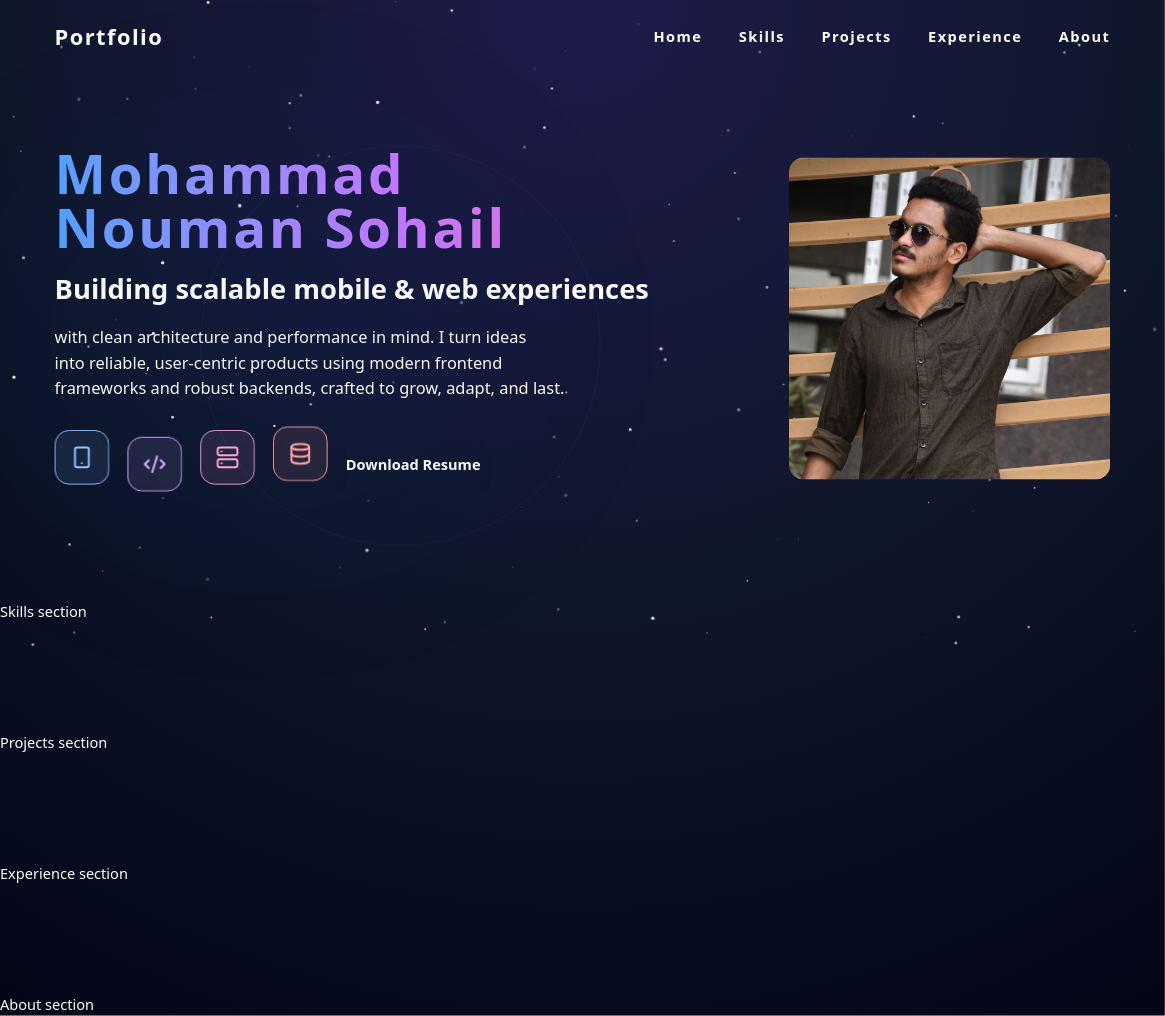
Repository: NoumanSohail/Nouman-Sohail-Portfolio
Page: /
An editor plug-in stored every save of this project. The page is shown before and after the next save, followed by the edit.
The browser window is 1280 px wide. The pictures show the whole page, at 91% of full size.
The project was rebuilt for these pictures with package versions that can differ from the ones it lists, and the page was loaded fresh each time. The framework's server and built-in components were replaced by stand-ins that run in the browser. Also part of the build but not shown: next.config.ts.

Above is the page before, as saved 2026-01-24 21:19:52.

### app/layout.tsx
import type { Metadata } from "next";
import { Geist, Geist_Mono } from "next/font/google";
import "./globals.css";
import Navbar from "./components/header/Navbar";
import StarBackground from "./components/ui/StarBackground";

const geistSans = Geist({
  variable: "--font-geist-sans",
  subsets: ["latin"],
});

const geistMono = Geist_Mono({
  variable: "--font-geist-mono",
  subsets: ["latin"],
});

export const metadata: Metadata = {
  title: "Create Next App",
  description: "Generated by create next app",
};

export default function RootLayout({
  children,
}: Readonly<{
  children: React.ReactNode;
}>) {
  return (
    <html lang="en">
      <body
        className={`${geistSans.variable} ${geistMono.variable} antialiased`}
      >
        <StarBackground />
        <Navbar />
        {children}
      </body>
    </html>
  );
}

### app/page.tsx
import React from 'react'
import Hero from './components/sections/Hero'
import Skills from './components/sections/Skills'
import Projects from './components/sections/Projects'
import Experience from './components/sections/Experience'
import About from './components/sections/About'

const page = () => {
  return (
    <div>
      <Hero />
      <Skills />
      <Projects />
      <Experience />
      <About />
    </div>
  )
}

export default page

### app/globals.css
@import "tailwindcss";

html {
  scroll-behavior: smooth;
}

body {
  overflow-x: hidden;
  position: relative;
  background: radial-gradient(circle at 50% 0%, #1e1b4b, #0f172a, #020617);
  min-height: 100vh;
}

### app/components/header/Navbar.tsx
"use client";

import { useEffect, useState } from "react";
import { navLinks } from "@/app/data";
import Link from "next/link";
import { Menu, X } from "lucide-react";

const Navbar = () => {
  const [isScrolled, setIsScrolled] = useState(false);
  const [menuOpen, setMenuOpen] = useState(false);

  useEffect(() => {
    const handleScroll = () => setIsScrolled(window.scrollY > 20);
    window.addEventListener("scroll", handleScroll);
    return () => window.removeEventListener("scroll", handleScroll);
  }, []);

  return (
    <header
      className={`fixed top-0 left-0 right-0 z-50 transition-all ${
        isScrolled
          ? "bg-transparent backdrop-blur-md border-b border-white/20 shadow-lg py-3"
          : "bg-transparent py-6"
      }`}
    >
      <div className="w-full mx-auto max-w-384 flex items-center justify-between px-5 md:px-10 lg:px-15 text-white tracking-widest">
        <h1 className="font-bold text-2xl">Portfolio</h1>

        {/* large displays like laptops */}
        <nav className="hidden lg:flex">
          {navLinks.map((links) => (
            <div key={links.name} className="flex ml-10 font-semibold">
              <Link href={links.id}>{links.name}</Link>
            </div>
          ))}
        </nav>

        {/* Mobile Hamburger */}
        <div className="lg:hidden flex items-center justify-center">
          <button
            onClick={() => setMenuOpen(!menuOpen)}
            className="text-zinc-400"
          >
            <Menu size={30} />
          </button>
        </div>

        {menuOpen && (
          <div className="fixed inset-0 h-screen flex justify-end bg-black/40 backdrop-blur-sm">
            <div className="relative h-full w-[60%] bg-[#0f172a] text-white flex items-center transition-transform duration-300 translate-x-0">
              <button
                onClick={() => setMenuOpen(false)}
                className={`absolute top right-5 md:right-10 text-white ${isScrolled ? "top-3" : "top-6"}`}
              >
                <X size={30} />
              </button>

              <nav className="flex flex-col p-10 gap-10 mt-20">
                {navLinks.map((links) => (
                  <Link
                    key={links.name}
                    href={links.id}
                    onClick={() => setMenuOpen(false)}
                    className="font-semibold"
                  >
                    {links.name}
                  </Link>
                ))}
              </nav>
            </div>
          </div>
        )}
      </div>
    </header>
  );
};

export default Navbar;

### app/components/ui/StarBackground.tsx
"use client";

import { useEffect, useRef } from "react";

const StarBackground = () => {
  const canvasRef = useRef<HTMLCanvasElement | null>(null);

  useEffect(() => {
    const canvas = canvasRef.current;
    if (!canvas) return;

    const ctx = canvas.getContext("2d");
    if (!ctx) return;

    let stars: any[] = [];
    const STAR_COUNT = 120;

    const resize = () => {
      canvas.width = window.innerWidth;
      canvas.height = window.innerHeight;
    };

    resize();
    window.addEventListener("resize", resize);

    // Create stars
    stars = Array.from({ length: STAR_COUNT }).map(() => ({
      x: Math.random() * canvas.width,
      y: Math.random() * canvas.height,
      radius: Math.random() * 1.5 + 0.5,
      speed: Math.random() * 0.3 + 0.1,
      opacity: Math.random(),
    }));

    const animate = () => {
      ctx.clearRect(0, 0, canvas.width, canvas.height);

      stars.forEach((star) => {
        star.y += star.speed;
        if (star.y > canvas.height) {
          star.y = 0;
          star.x = Math.random() * canvas.width;
        }

        ctx.beginPath();
        ctx.arc(star.x, star.y, star.radius, 0, Math.PI * 2);
        ctx.fillStyle = `rgba(255,255,255,${star.opacity})`;
        ctx.fill();
      });

      requestAnimationFrame(animate);
    };

    animate();

    return () => window.removeEventListener("resize", resize);
  }, []);

  return (
    <canvas
      ref={canvasRef}
      className="fixed inset-0 pointer-events-none -z-10"
    />
  );
};

export default StarBackground;

### app/components/sections/Hero.tsx
"use client";

import { personaldetails } from "@/app/data";
import Image from "next/image";
import me from "@/public/images/me.jpg";
import { Code2, Database, Server, Smartphone } from "lucide-react";
import { motion } from "framer-motion";
import Button from "../ui/Button";

const Hero = () => {
  return (
    <section
      id="home"
      className="scroll-mt-40 w-full mx-auto max-w-384 px-5 md:px-10 lg:px-15 text-white mt-30 xl:mt-40 overflow-hidden"
    >
      {/* Central Glowing Orb */}
      <div
        className="absolute hidden lg:block lg:left-55 xl:left-0 w-[45%] h-[45%] bg-blue-700/50 rounded-full
          blur-[120px] opacity-10 animate-pulse [animation-delay:2000ms] z-0
        "
      />

      {/* Orbiting Elements */}
      <div
        className="absolute hidden lg:block left-55 w-110 h-110 border border-white/5 rounded-full
          animate-spin [animation-duration:20s] z-10
        "
      />

      <div className="flex flex-col lg:flex-row items-center justify-center gap-7 lg:gap-20 text-center lg:text-start">
        <div className="flex flex-col gap-5">
          <motion.div
            initial={{ x: -100, opacity: 0 }}
            whileInView={{ x: 0, opacity: 1 }}
            viewport={{ once: false, amount: 0.3 }}
            transition={{ duration: 0.8, ease: "easeOut" }}
            className="flex flex-col gap-5"
          >
            <h1 className="font-black text-4xl lg:text-5xl xl:text-6xl tracking-wider text-balance text-transparent bg-clip-text bg-linear-to-r from-blue-400 via-purple-400 to-pink-400">
              {personaldetails.name}
            </h1>
            <h2 className="font-semibold text-2xl lg:text-3xl">
              {personaldetails.tagline}
            </h2>
            <p className="lg:text-lg lg:text-balance">
              {personaldetails.statement}
            </p>
          </motion.div>

          <motion.div
            initial={{ scale: 0.8, opacity: 0 }}
            whileInView={{ scale: 1, opacity: 1 }}
            viewport={{ once: false, amount: 0.3 }}
            transition={{
              duration: 0.5,
              ease: "easeOut",
            }}
            className="flex gap-5 mt-5 items-center justify-center lg:items-start lg:justify-start"
          >
            <div className="flex gap-5">
              <Smartphone
                size={60}
                className="p-4 border rounded-2xl backdrop-blur-xs bg-blue-300/10 hover:scale-110
                        border-blue-300  hover:border-blue-300 text-blue-300 hover:text-blue-300
                        transition-all duration-300 animate-bounce [animation-delay:0ms]"
              />
              <Code2
                size={60}
                className="p-4 border rounded-2xl backdrop-blur-xs bg-purple-300/10 hover:scale-110
                        border-purple-300 hover:border-purple-300 text-purple-300 hover:text-purple-300
                        transition-all duration-300 animate-bounce [animation-delay:100ms]"
              />
              <Server
                size={60}
                className="p-4 border rounded-2xl backdrop-blur-xs bg-pink-300/10 hover:scale-110
                        border-pink-300 hover:border-pink-300 text-pink-300 hover:text-pink-300
                        transition-all duration-300 animate-bounce [animation-delay:200ms]"
              />
              <Database
                size={60}
                className="p-4 border rounded-2xl backdrop-blur-xs bg-red-300/10 hover:scale-110
                        border-red-300 hover:border-red-300 text-red-300 hover:text-red-300
                        transition-all duration-300 animate-bounce [animation-delay:300ms]"
              />
              <Button title="Download Resume" onClick={()=>{}}/>
            </div>
          </motion.div>
        </div>

        <motion.div
          initial={{ x: 100, opacity: 0 }}
          whileInView={{ x: 0, opacity: 1 }}
          viewport={{ once: false, amount: 0.3 }}
          transition={{ duration: 0.8, ease: "easeOut" }}
        >
          <Image
            src={me}
            alt={personaldetails.name}
            height={350}
            width={350}
            className="rounded-2xl lg:h-3xl lg:w-3xl"
          />
        </motion.div>
      </div>
    </section>
  );
};

export default Hero;

### app/components/sections/Skills.tsx

const Skills = () => {
  return (
    <section id="skills" className="h-fit">
      <div className="text-white pt-30">Skills section</div>
    </section>
  );
};

export default Skills;

### app/components/sections/Projects.tsx

const Projects = () => {
  return (
    <section id="projects" className="h-fit">
      <div className="text-white pt-30">Projects section</div>
    </section>
  )
}

export default Projects

### app/components/sections/Experience.tsx

const Experience = () => {
  return (
    <section id="experience" className="h-fit">
      <div className="text-white pt-30">Experience section</div>
    </section>
  );
};

export default Experience;

### app/components/sections/About.tsx

const About = () => {
  return (
    <section id="about" className="h-fit">
      <div className="text-white pt-30">About section</div>
    </section>
  )
}

export default About

### app/data.tsx
export const navLinks = [
  { name: "Home", id: "/#home" },
  { name: "Skills", id: "/#skills" },
  { name: "Projects", id: "/#projects" },
  { name: "Experience", id: "/#experience" },
  { name: "About", id: "/#about" },
];

export const personaldetails = {
  name: "Mohammad Nouman Sohail",
  role: "Full Stack Mobile & Web Developer",
  tagline: "Building scalable mobile & web experiences",
  statement:
    "with clean architecture and performance in mind. I turn ideas into reliable, user-centric products using modern frontend frameworks and robust backends, crafted to grow, adapt, and last.",
};

### app/components/ui/Button.tsx
import { ReactNode } from "react";

interface ButtonProps {
  title: string;
  onClick: () => void;
  type?: "button" | "submit";
  disabled?: boolean;

  /* 🔹 Optional Icon */
  icon?: ReactNode;
  iconPosition?: "left" | "right";

  /* 🔹 External Styles */
  className?: string;
}

const Button = ({
  title,
  onClick,
  type = "button",
  disabled = false,
  icon,
  iconPosition = "left",
  className = "",
}: ButtonProps) => {
  return (
    <button
      type={type}
      onClick={!disabled ? onClick : undefined}
      disabled={disabled}
      className={`
        group
        font-bold shadow-lg
        transition-all transform
        flex items-center justify-center gap-2
        duration-300
        ${
          disabled
            ? "bg-(--color-gray) text-white cursor-not-allowed opacity-70 transition-all duration-300"
            : "bg-(--color-primary) text-white hover:bg-gray-300 hover:scale-105 cursor-pointer transition-all duration-300"
        }

        ${className}
      `}
    >
      {/* ICON LEFT */}
      {icon && iconPosition === "left" && (
        <span className="button-icon flex items-center">{icon}</span>
      )}

      <span>{title}</span>

      {/* ICON RIGHT */}
      {icon && iconPosition === "right" && (
        <span className="button-icon flex items-center">{icon}</span>
      )}
    </button>
  );
};

export default Button;

After the next save:
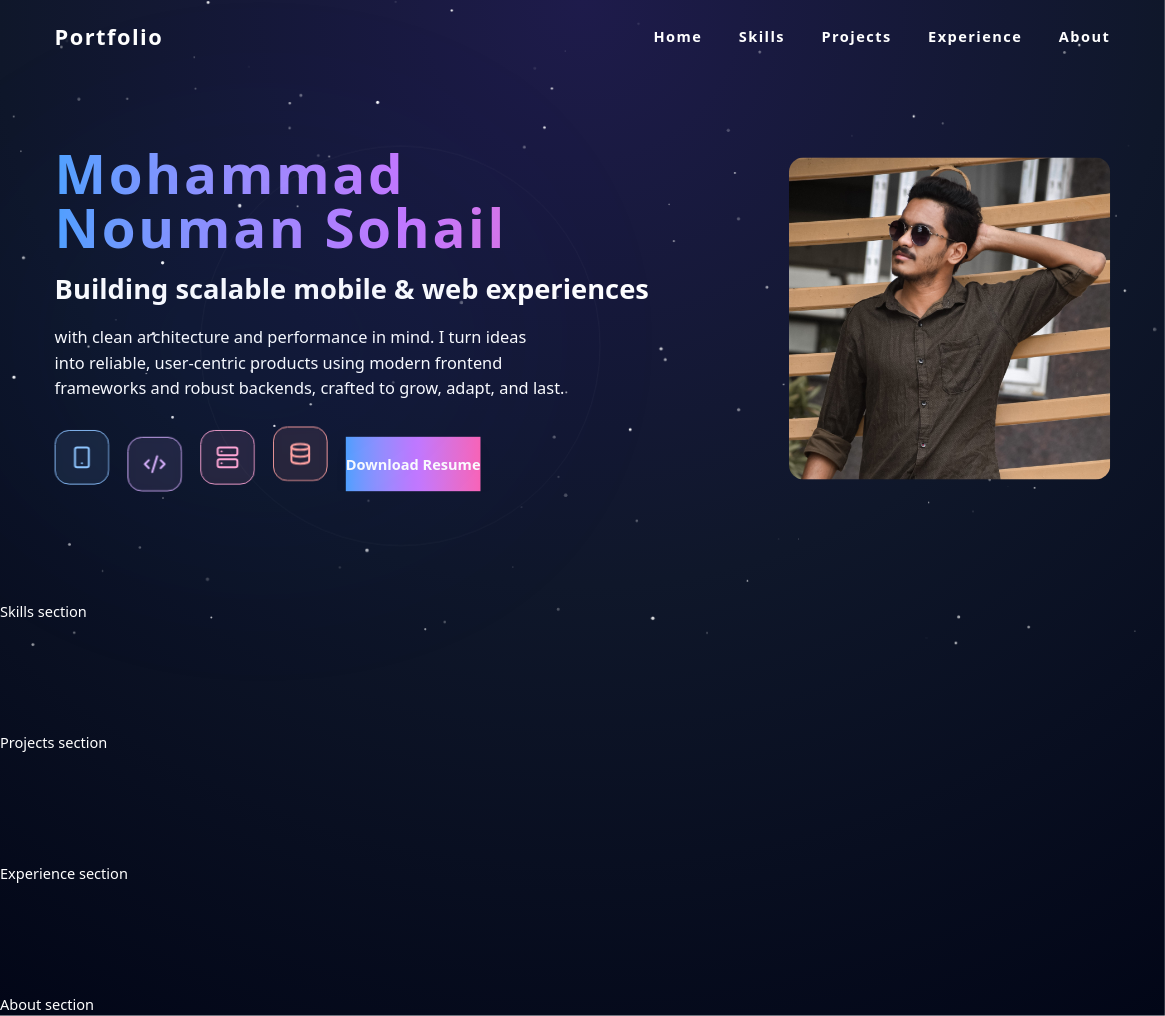
Saved 57 s later.
--- a/app/components/sections/Hero.tsx
+++ b/app/components/sections/Hero.tsx
@@ -82,7 +82,7 @@ const Hero = () => {
                         border-red-300 hover:border-red-300 text-red-300 hover:text-red-300
                         transition-all duration-300 animate-bounce [animation-delay:300ms]"
               />
-              <Button title="Download Resume" onClick={()=>{}}/>
+              <Button title="Download Resume" onClick={() => {}} className="bg-linear-to-r from-blue-400 via-purple-400 to-pink-400" />
             </div>
           </motion.div>
         </div>
